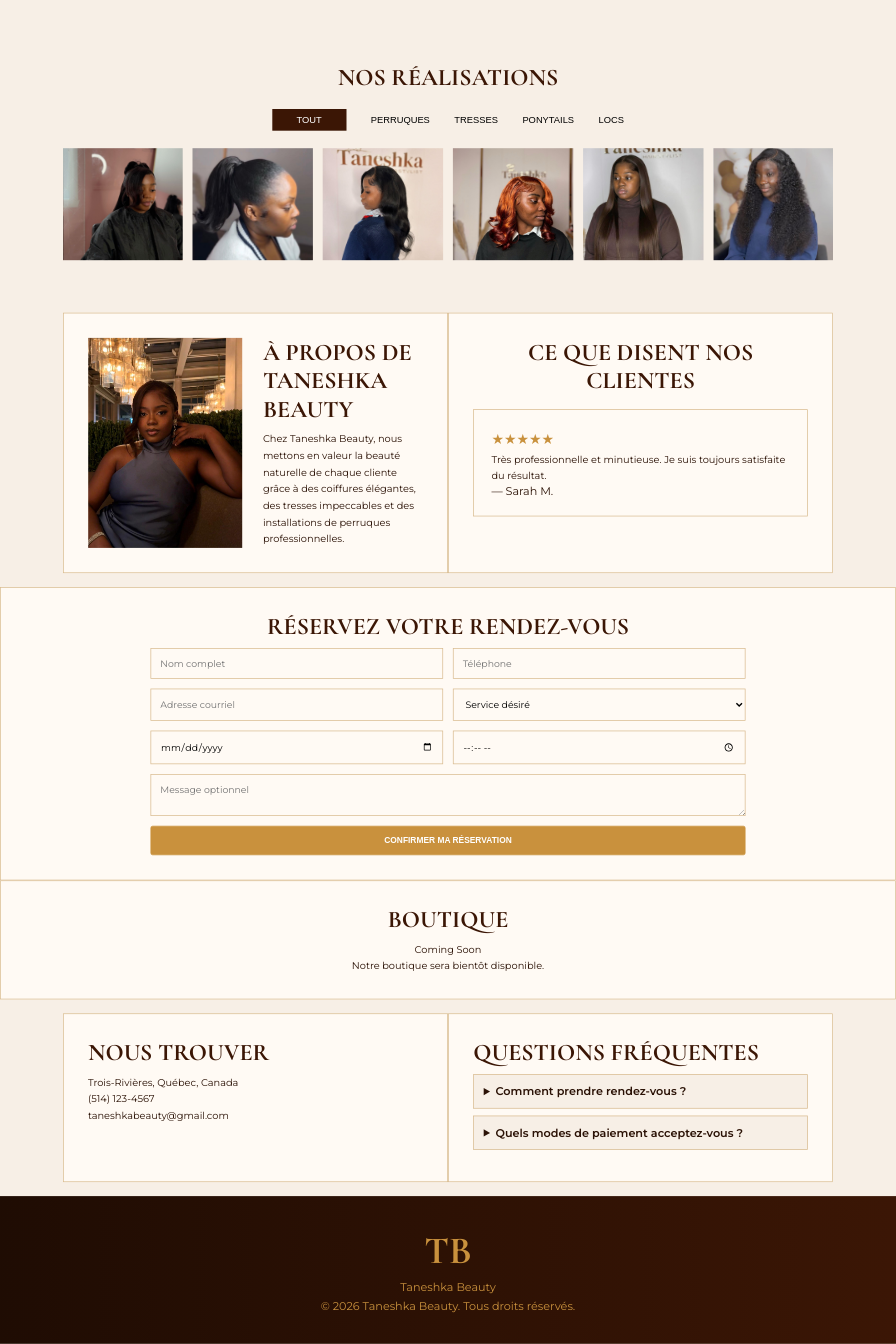
Repository: kngnepi/Taneshka-Beauty-House
Page: index.html
These files come from the project's save history. The page is drawn as it stood at one moment and after the next save; the edit follows.
The browser window is 1280 px wide. The pictures show the part of the page from y = 1284 to 3204 px (the page is 3204 px tall before and 3145 px after), at 70% of full size.

Above is the page before, as saved 2026-06-24 21:29:40.

### index.html
<!DOCTYPE html>
<html lang="fr">
<head>
  <meta charset="UTF-8" />
  <meta name="viewport" content="width=device-width, initial-scale=1.0" />
  <title>Taneshka Beauty</title>
  <link rel="stylesheet" href="style.css" />
</head>
<body>

  <!-- NAVBAR -->
  <header class="navbar">
    <div class="logo">
      <span>TB</span>
      <p>TANESHKA BEAUTY</p>
    </div>

    <nav>
      <a href="#home">Accueil</a>
      <a href="#services">Services</a>
      <a href="#portfolio">Portfolio</a>
      <a href="#about">À propos</a>
      <a href="#booking">Réservation</a>
      <a href="#products">Boutique</a>
      <a href="#contact">Contact</a>
    </nav>

    <a href="#booking" class="btn-gold">Réserver</a>
  </header>

  <!-- HERO -->
  <section id="home" class="hero">
    <div class="hero-content">
      <h1>TANESHKA<br>BEAUTY</h1>
      <p class="tagline">Élégance • Confiance • Beauté</p>
      <p class="hero-text">
        Spécialiste en perruques, tresses et coiffures protectrices.
      </p>

      <div class="hero-buttons">
        <a href="#booking" class="btn-gold">Réserver un rendez-vous</a>
        <a href="#portfolio" class="btn-outline">Voir nos réalisations</a>
      </div>
    </div>
  </section>

  <!-- SERVICES -->
  <section id="services" class="section">
    <h2>Nos Services</h2>
    <p class="section-subtitle">Des prestations adaptées à votre style et à vos besoins.</p>

    <div class="services-grid">
      <div class="service-card">
        <div class="service-img"></div>
        <div>
          <h3>Perruques</h3>
          <ul>
            <li>Installation</li>
            <li>Retrait</li>
            <li>Revamp</li>
            <li>Customisation</li>
          </ul>
          <p>À partir de 60$</p>
          <a href="#booking" class="btn-dark">Réserver</a>
        </div>
      </div>

      <div class="service-card">
        <div class="service-img"></div>
        <div>
          <h3>Tresses</h3>
          <ul>
            <li>Knotless Braids</li>
            <li>Boho Braids</li>
            <li>Tribal Braids</li>
            <li>Cornrows</li>
          </ul>
          <p>À partir de 80$</p>
          <a href="#booking" class="btn-dark">Réserver</a>
        </div>
      </div>

      <div class="service-card">
        <div class="service-img"></div>
        <div>
          <h3>Coiffures</h3>
          <ul>
            <li>Ponytail</li>
            <li>Wig Styling</li>
            <li>Butterfly Locs</li>
            <li>Twists</li>
          </ul>
          <p>À partir de 50$</p>
          <a href="#booking" class="btn-dark">Réserver</a>
        </div>
      </div>
    </div>
  </section>

  <!-- PORTFOLIO -->
  <section id="portfolio" class="section">
    <h2>Nos Réalisations</h2>

    <div class="portfolio-filters">
      <button>Tout</button>
      <button>Perruques</button>
      <button>Tresses</button>
      <button>Ponytails</button>
      <button>Locs</button>
    </div>

    <div class="portfolio-grid">
      <div class="portfolio-item"></div>
      <div class="portfolio-item"></div>
      <div class="portfolio-item"></div>
      <div class="portfolio-item"></div>
      <div class="portfolio-item"></div>
      <div class="portfolio-item"></div>
    </div>
  </section>

  <!-- ABOUT + REVIEWS -->
  <section class="split-section">
    <div id="about" class="about-box">
      <div class="about-img"></div>
      <div>
        <h2>À propos de Taneshka Beauty</h2>
        <p>
          Chez Taneshka Beauty, nous mettons en valeur la beauté naturelle de chaque cliente
          grâce à des coiffures élégantes, des tresses impeccables et des installations de perruques professionnelles.
        </p>
      </div>
    </div>

    <div class="reviews-box">
      <h2>Ce que disent nos clientes</h2>

      <div class="review-card">
        <p>★★★★★</p>
        <p>Très professionnelle et minutieuse. Je suis toujours satisfaite du résultat.</p>
        <span>— Sarah M.</span>
      </div>
    </div>
  </section>

  <!-- BOOKING -->
  <section id="booking" class="section booking-section">
    <h2>Réservez votre rendez-vous</h2>

    <form class="booking-form">
      <input type="text" placeholder="Nom complet" />
      <input type="tel" placeholder="Téléphone" />
      <input type="email" placeholder="Adresse courriel" />
      <select>
        <option>Service désiré</option>
        <option>Perruques</option>
        <option>Tresses</option>
        <option>Coiffures</option>
      </select>
      <input type="date" />
      <input type="time" />
      <textarea placeholder="Message optionnel"></textarea>

      <button type="submit" class="btn-gold">Confirmer ma réservation</button>
    </form>
  </section>

  <!-- PRODUCTS -->
  <section id="products" class="section products-section">
    <h2>Boutique</h2>
    <p>Coming Soon</p>
    <p>Notre boutique sera bientôt disponible.</p>
  </section>

  <!-- LOCATION + FAQ -->
  <section id="contact" class="split-section">
    <div class="location-box">
      <h2>Nous trouver</h2>
      <p>Trois-Rivières, Québec, Canada</p>
      <p>(514) 123-4567</p>
      <p>taneshkabeauty@gmail.com</p>
    </div>

    <div class="faq-box">
      <h2>Questions fréquentes</h2>
      <details>
        <summary>Comment prendre rendez-vous ?</summary>
        <p>Vous pouvez réserver via le formulaire ou nous contacter sur Instagram.</p>
      </details>
      <details>
        <summary>Quels modes de paiement acceptez-vous ?</summary>
        <p>Espèces et virement Interac.</p>
      </details>
    </div>
  </section>

  <!-- FOOTER -->
  <footer>
    <h2>TB</h2>
    <p>Taneshka Beauty</p>
    <p>© 2026 Taneshka Beauty. Tous droits réservés.</p>
  </footer>

</body>
</html>

### style.css
@import url('https://fonts.googleapis.com/css2?family=Cormorant+Garamond:wght@500;600;700&family=Montserrat:wght@300;400;500;600&display=swap');

:root {
  --brown: #3b1605;
  --dark-brown: #1f0c03;
  --gold: #c9913d;
  --cream: #f7efe6;
  --light-cream: #fffaf4;
  --text: #2b1206;
  --border: #d8b98c;
}

* {
  margin: 0;
  padding: 0;
  box-sizing: border-box;
}

body {
  background: var(--cream);
  color: var(--text);
  font-family: "Montserrat", sans-serif;
}

h1, h2, h3 {
  font-family: "Cormorant Garamond", serif;
  text-transform: uppercase;
}

section {
  padding: 55px 7%;
}

.navbar {
  background: rgba(31, 12, 3, 0.95);
  color: white;
  height: 85px;
  padding: 0 7%;
  display: flex;
  align-items: center;
  justify-content: space-between;
}

.logo span {
  color: var(--gold);
  font-family: "Cormorant Garamond", serif;
  font-size: 38px;
  font-weight: 700;
}

.logo p {
  color: var(--gold);
  font-size: 13px;
  letter-spacing: 1px;
}

nav {
  display: flex;
  gap: 30px;
}

nav a {
  color: white;
  text-decoration: none;
  font-size: 13px;
  text-transform: uppercase;
}

.btn-gold,
.btn-outline,
.btn-dark {
  display: inline-block;
  padding: 13px 24px;
  text-decoration: none;
  text-transform: uppercase;
  font-size: 12px;
  font-weight: 600;
  border-radius: 3px;
}

.btn-gold {
  background: var(--gold);
  color: white;
  border: 1px solid var(--gold);
}

.btn-outline {
  border: 1px solid var(--gold);
  color: white;
}

.btn-dark {
  background: var(--brown);
  color: white;
  margin-top: 15px;
}

.hero {
  min-height: 720px;
  background:
    linear-gradient(to right, rgba(20, 7, 2, 0.95) 0%, rgba(20, 7, 2, 0.75) 38%, rgba(20, 7, 2, 0.25) 70%),
    url("images/hero.jpg");
  background-size: cover;
  background-position: center 35%;
  display: flex;
  align-items: center;
}

.hero-content {
  max-width: 620px;
  margin-top: 40px;
}

.hero h1 {
  color: var(--gold);
  font-size: 92px;
  line-height: 0.9;
}

.tagline {
  color: white;
  font-family: "Cormorant Garamond", serif;
  font-size: 28px;
  font-style: italic;
  margin: 20px 0;
}

.hero-text {
  color: white;
  font-size: 18px;
  line-height: 1.6;
}

.hero-buttons {
  display: flex;
  gap: 20px;
  margin-top: 30px;
}

.section {
  text-align: center;
}

.section h2,
.split-section h2 {
  font-size: 34px;
  color: var(--brown);
  margin-bottom: 10px;
}

.section-subtitle {
  margin-bottom: 35px;
  font-size: 14px;
}

.services-grid {
  display: grid;
  grid-template-columns: repeat(3, 1fr);
  gap: 25px;
}

.service-card {
  background: var(--light-cream);
  border: 1px solid var(--border);
  display: grid;
  grid-template-columns: 1fr 1fr;
  text-align: left;
  min-height: 260px;
}

.service-img,
.portfolio-item,
.about-img {
  background: #d6c3ad;
  background-size: cover;
  background-position: center;
}

.service-card:nth-child(1) .service-img {
  background-image: url("images/service-wig.jpg");
}

.service-card:nth-child(2) .service-img {
  background-image: url("images/service-braids.jpg");
}

.service-card:nth-child(3) .service-img {
  background-image: url("images/service-hair.jpg");
}

.service-card div:last-child {
  padding: 28px;
}

.service-card h3 {
  font-size: 24px;
  margin-bottom: 15px;
}

.service-card li {
  margin-bottom: 8px;
  font-size: 14px;
}

.portfolio-filters {
  display: flex;
  justify-content: center;
  gap: 35px;
  margin: 25px 0;
}

.portfolio-filters button {
  background: transparent;
  border: none;
  text-transform: uppercase;
  cursor: pointer;
}

.portfolio-filters button:first-child {
  background: var(--brown);
  color: white;
  padding: 8px 35px;
}

.portfolio-grid {
  display: grid;
  grid-template-columns: repeat(6, 1fr);
  gap: 14px;
}

.portfolio-item {
  height: 160px;
}

.portfolio-item:nth-child(1) {
  background-image: url("images/portfolio-1.jpg");
}

.portfolio-item:nth-child(2) {
  background-image: url("images/portfolio-2.jpg");
}

.portfolio-item:nth-child(3) {
  background-image: url("images/portfolio-3.jpg");
}

.portfolio-item:nth-child(4) {
  background-image: url("images/portfolio-4.jpg");
}

.portfolio-item:nth-child(5) {
  background-image: url("images/portfolio-5.jpg");
}

.portfolio-item:nth-child(6) {
  background-image: url("images/portfolio-6.jpg");
}

.split-section {
  padding: 20px 7%;
  display: grid;
  grid-template-columns: 1fr 1fr;
  gap: 0;
}

.about-box,
.reviews-box,
.location-box,
.faq-box,
.booking-section,
.products-section {
  background: var(--light-cream);
  border: 1px solid var(--border);
  padding: 35px;
}

.about-box {
  display: grid;
  grid-template-columns: 220px 1fr;
  gap: 30px;
  text-align: left;
}

.about-img {
  min-height: 280px;
  background-image: url("images/about.jpg");
}

.about-box p,
.review-card p,
.location-box p,
.products-section p,
.faq-box p {
  font-size: 14px;
  line-height: 1.7;
}

.reviews-box {
  text-align: center;
}

.review-card {
  border: 1px solid var(--border);
  padding: 25px;
  margin-top: 20px;
  text-align: left;
}

.review-card:first-of-type p:first-child {
  color: var(--gold);
  font-size: 20px;
}

.booking-form {
  max-width: 850px;
  margin: auto;
  display: grid;
  grid-template-columns: 1fr 1fr;
  gap: 14px;
}

.booking-form input,
.booking-form select,
.booking-form textarea {
  padding: 13px;
  border: 1px solid var(--border);
  background: var(--light-cream);
  font-family: "Montserrat", sans-serif;
}

.booking-form textarea,
.booking-form button {
  grid-column: span 2;
}

.products-section {
  text-align: center;
}

.products-section h2 {
  color: var(--brown);
}

.location-box {
  text-align: left;
}

.faq-box details {
  border: 1px solid var(--border);
  margin-bottom: 10px;
  padding: 14px;
  background: var(--cream);
}

.faq-box summary {
  cursor: pointer;
  font-weight: 600;
}

footer {
  background: linear-gradient(to right, var(--dark-brown), var(--brown));
  color: white;
  text-align: center;
  padding: 45px 7%;
}

footer h2 {
  color: var(--gold);
  font-size: 55px;
}

footer p {
  color: var(--gold);
  margin-top: 8px;
}

@media (max-width: 900px) {
  .navbar {
    height: auto;
    flex-direction: column;
    padding: 20px;
    gap: 20px;
  }

  nav {
    flex-wrap: wrap;
    justify-content: center;
  }

  .hero h1 {
    font-size: 55px;
  }

  .services-grid,
  .split-section {
    grid-template-columns: 1fr;
  }

  .service-card,
  .about-box {
    grid-template-columns: 1fr;
  }

  .portfolio-grid {
    grid-template-columns: repeat(2, 1fr);
  }

  .booking-form {
    grid-template-columns: 1fr;
  }

  .booking-form textarea,
  .booking-form button {
    grid-column: span 1;
  }
}

After the next save:
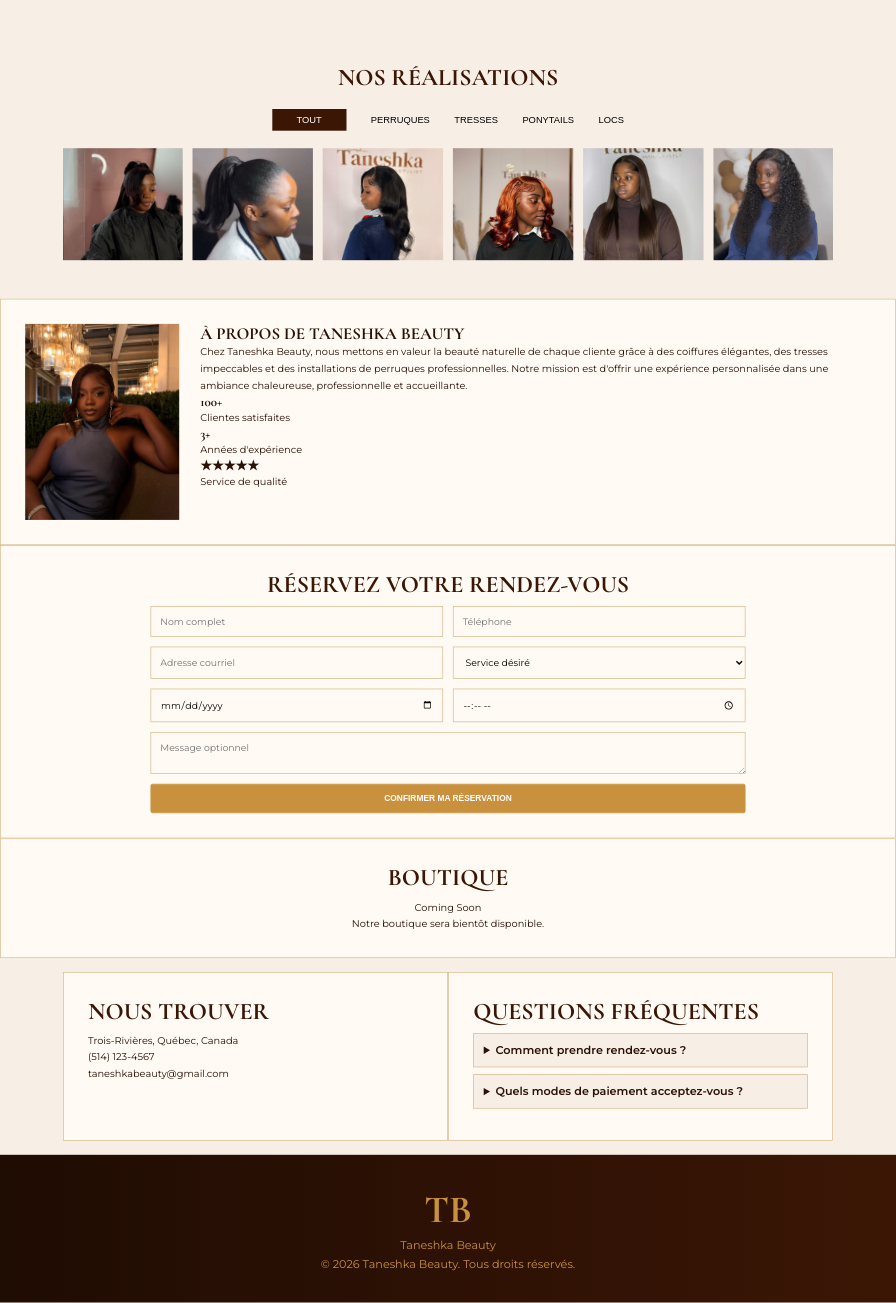
Saved 43 min 55 s later.
--- a/index.html
+++ b/index.html
@@ -120,28 +120,36 @@
   </section>
 
   <!-- ABOUT + REVIEWS -->
-  <section class="split-section">
-    <div id="about" class="about-box">
-      <div class="about-img"></div>
+  <div id="about" class="about-box">
+  <div class="about-img"></div>
+
+  <div class="about-content">
+    <h2>À propos de Taneshka Beauty</h2>
+    <p>
+      Chez Taneshka Beauty, nous mettons en valeur la beauté naturelle de chaque cliente
+      grâce à des coiffures élégantes, des tresses impeccables et des installations de
+      perruques professionnelles. Notre mission est d'offrir une expérience personnalisée
+      dans une ambiance chaleureuse, professionnelle et accueillante.
+    </p>
+
+    <div class="about-stats">
       <div>
-        <h2>À propos de Taneshka Beauty</h2>
-        <p>
-          Chez Taneshka Beauty, nous mettons en valeur la beauté naturelle de chaque cliente
-          grâce à des coiffures élégantes, des tresses impeccables et des installations de perruques professionnelles.
-        </p>
-      </div>
-    </div>
-
-    <div class="reviews-box">
-      <h2>Ce que disent nos clientes</h2>
-
-      <div class="review-card">
-        <p>★★★★★</p>
-        <p>Très professionnelle et minutieuse. Je suis toujours satisfaite du résultat.</p>
-        <span>— Sarah M.</span>
-      </div>
-    </div>
-  </section>
+        <h3>100+</h3>
+        <p>Clientes satisfaites</p>
+      </div>
+
+      <div>
+        <h3>3+</h3>
+        <p>Années d'expérience</p>
+      </div>
+
+      <div>
+        <h3>★★★★★</h3>
+        <p>Service de qualité</p>
+      </div>
+    </div>
+  </div>
+</div>
 
   <!-- BOOKING -->
   <section id="booking" class="section booking-section">
